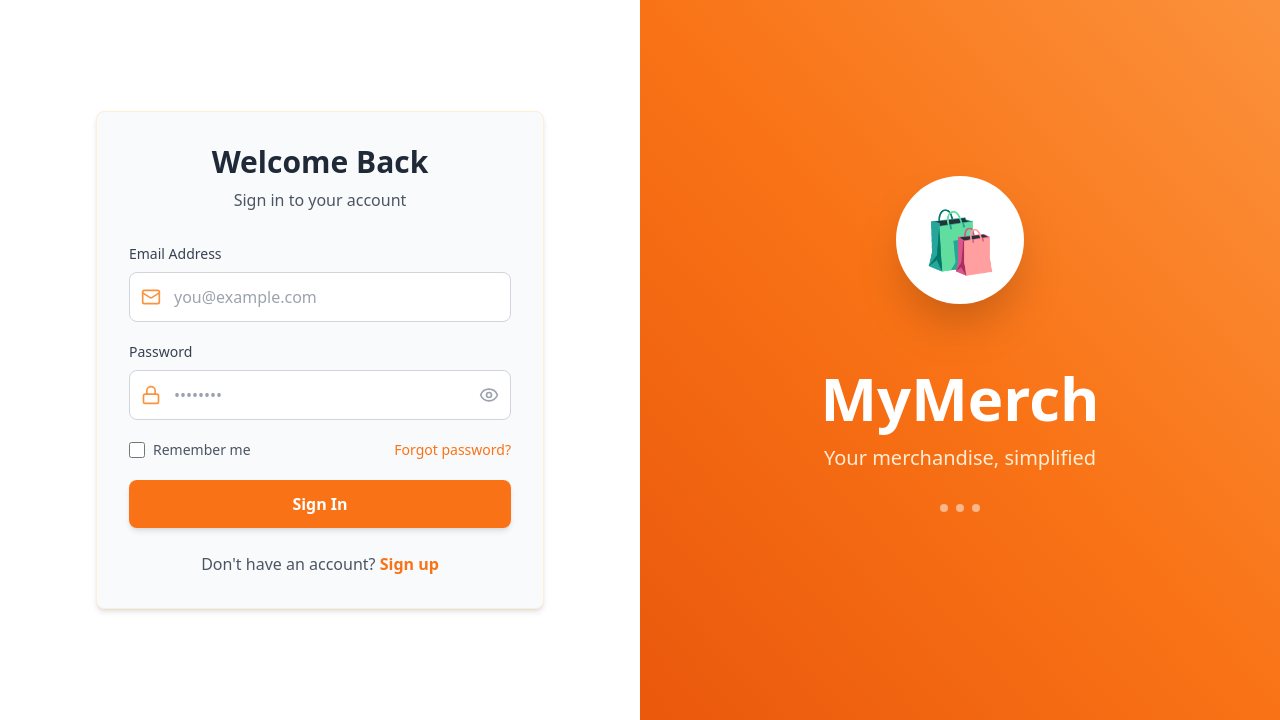
Repository: Anuskaneupane69/MyMerch-web
Page: /admin (app in mymerch-frontend/)
An editor plug-in stored every save of this project. The page is shown before and after the next save, followed by the edit.
The browser window is 1280 px wide. The pictures show the whole page.
Some web libraries are served in a nearby version. The project was rebuilt for these pictures with package versions that can differ from the ones it lists, and the page was loaded fresh each time. Also part of the build but not shown: mymerch-frontend/vite.config.js, mymerch-frontend/src/pages/SignUp.jsx, mymerch-frontend/src/pages/Home.jsx, mymerch-frontend/src/pages/Admin/Admin.jsx, mymerch-frontend/src/pages/DashBoard.jsx.

Above is the page before, as saved 2026-03-16 00:05:33.

After the next save:
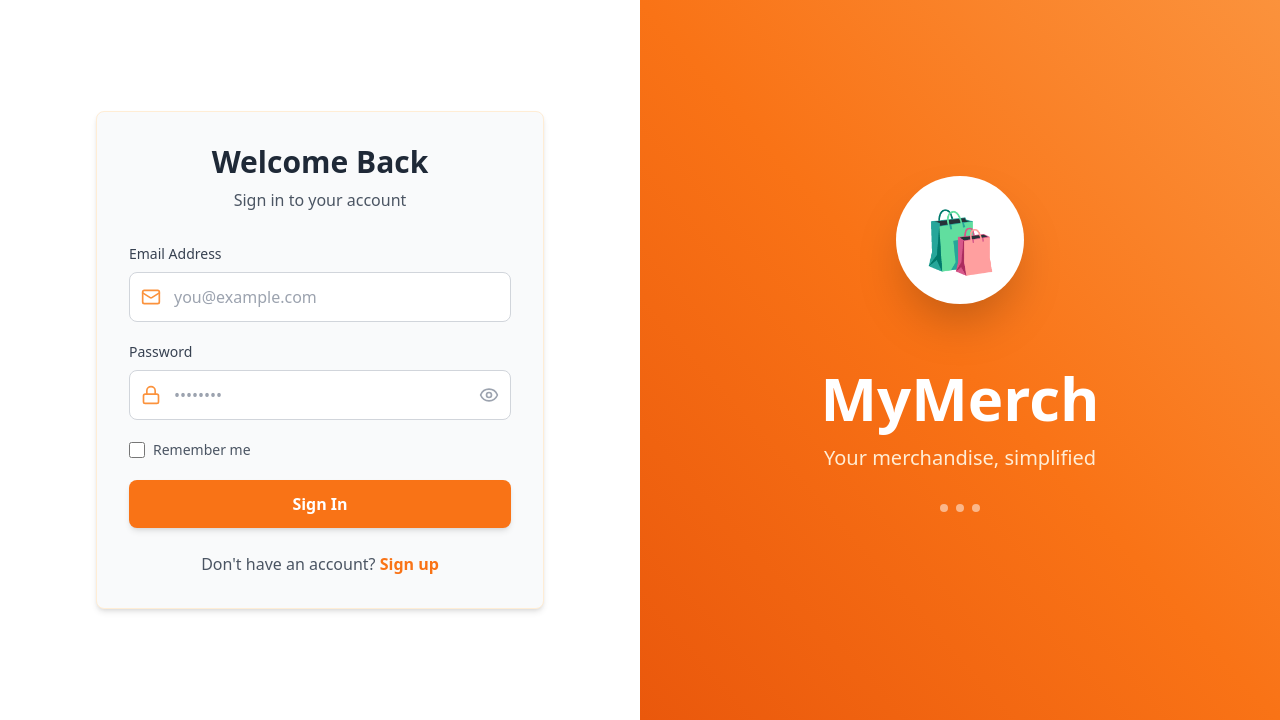
Saved 30 min 27 s later.
--- a/mymerch-frontend/src/pages/Login.jsx
+++ b/mymerch-frontend/src/pages/Login.jsx
@@ -154,9 +154,7 @@ export default function LoginPage() {
                     Remember me
                   </label>
                 </div>
-                <a href="#" className="text-sm text-orange-500 hover:text-orange-600 font-medium">
-                  Forgot password?
-                </a>
+
               </div>
 
               <button
